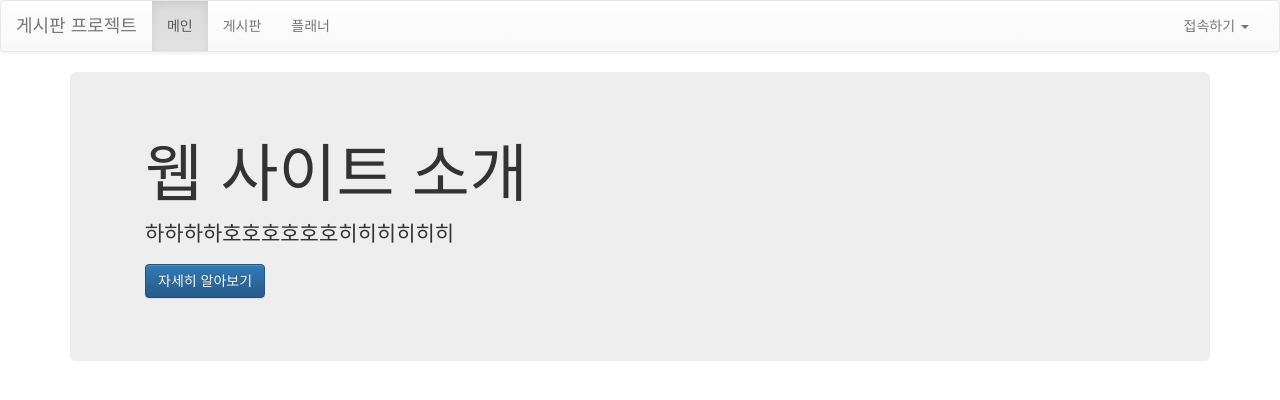
Repository: Seok7975/JSP-Education
Page: http://localhost/BBS/main.jsp
The author's editor kept a copy of each file at every save. The page is drawn from the files as they stood at one save, then again after the next save.
The browser window is 1280 px wide. The pictures show the whole page.
Some web fonts or font styles are not loaded; a fallback is used. Some web libraries are served in a nearby version. The page is served by Tomcat 9. Other server files are loaded and not shown.

Above is the page before, as saved 2024-06-10 09:25:38.

### List_Projects/BBS/src/main/webapp/main.jsp
<%--  <!-- 회원가입화면 -->
<%@ page language="java" contentType="text/html; charset=UTF-8"
    pageEncoding="UTF-8"%>
<%@ page import="java.io.PrintWriter" %>
<!DOCTYPE html>
<html>
<head>
<meta http-equiv="Content-Type" content="text/html; charset=UTF-8">
<meta name="viewport" content="width=device-width, initial-scale=1">
<!-- Latest compiled and minified CSS -->
<link rel="stylesheet" href="https://cdn.jsdelivr.net/npm/bootstrap@3.3.7/dist/css/bootstrap.min.css" integrity="sha384-BVYiiSIFeK1dGmJRAkycuHAHRg32OmUcww7on3RYdg4Va+PmSTsz/K68vbdEjh4u" crossorigin="anonymous">
<!-- Optional theme -->
<link rel="stylesheet" href="https://cdn.jsdelivr.net/npm/bootstrap@3.3.7/dist/css/bootstrap-theme.min.css" integrity="sha384-rHyoN1iRsVXV4nD0JutlnGaslCJuC7uwjduW9SVrLvRYooPp2bWYgmgJQIXwl/Sp" crossorigin="anonymous">
<!-- jQuery (necessary for Bootstrap's JavaScript plugins) -->
<script src="https://code.jquery.com/jquery-3.1.1.min.js"></script>
<!-- Latest compiled and minified JavaScript -->
<script src="https://cdn.jsdelivr.net/npm/bootstrap@3.3.7/dist/js/bootstrap.min.js" integrity="sha384-Tc5IQib027qvyjSMfHjOMaLkfuWVxZxUPnCJA7l2mCWNIpG9mGCD8wGNIcPD7Txa" crossorigin="anonymous"></script>
<title>JSP 게시판 웹 사이트</title>
</head>
<body>
<%
	String userID = null;
	if (session.getAttribute("userID") != null) {
		userID = (String) session.getAttribute("userID");
	}
%>
	<nav class="navbar navbar-default">
		<div class="container-fluid">
			<div class="navbar-header">
				<button type="button" class="navbar-toggle collapsed" data-toggle="collapse" data-target="#bs-example-navbar-collapse-1" aria-expanded="false">
					<span class="sr-only">Toggle navigation</span>
					<span class="icon-bar"></span>
					<span class="icon-bar"></span>
					<span class="icon-bar"></span>
				</button>
				<a class="navbar-brand" href="main.jsp">게시판 프로젝트</a>
			</div>
			<div class="collapse navbar-collapse" id="bs-example-navbar-collapse-1">
				<ul class="nav navbar-nav">
					<li class="active"><a href="main.jsp">메인</a></li>
					<li><a href="bbs.jsp">게시판</a></li>

				</ul>
				<%
					if(userID == null) {
				%>
					<ul class="nav navbar-nav navbar-right">
						<li class="dropdown">
							<a href="#" class="dropdown-toggle" data-toggle="dropdown" role="button" aria-haspopup="true" aria-expanded="false">접속하기 <span class="caret"></span></a>
							<ul class="dropdown-menu">
								<li><a href="login.jsp">로그인</a></li>
								<li><a href="join.jsp">회원가입</a></li>
							</ul>
						</li>
					</ul>
				<%
					} else {
				%>
						<ul class="nav navbar-nav navbar-right">
						<li class="dropdown">
							<a href="#" class="dropdown-toggle" data-toggle="dropdown" role="button" aria-haspopup="true" aria-expanded="false">회원관리<span class="caret"></span></a>
							<ul class="dropdown-menu">
								<li><a href="logoutAction.jsp">로그아웃</a></li>
							</ul>
						</li>
					</ul>
				<%
					}
				%>
			</div>
		</div>
	</nav>
</body>
</html>

  --%>


  <%@page import="java.util.List"%>
<%@page import="java.util.ArrayList"%>
<%@ page language="java" contentType="text/html; charset=UTF-8"
    pageEncoding="UTF-8"%>
<!DOCTYPE html>
<html>
<head>
    <meta charset="UTF-8">
    <title>JSP 게시판 웹 사이트</title>
    <link rel="stylesheet" href="https://cdn.jsdelivr.net/npm/bootstrap@3.3.7/dist/css/bootstrap.min.css" integrity="sha384-BVYiiSIFeK1dGmJRAkycuHAHRg32OmUcww7on3RYdg4Va+PmSTsz/K68vbdEjh4u" crossorigin="anonymous">
    <link rel="stylesheet" href="https://cdn.jsdelivr.net/npm/bootstrap@3.3.7/dist/css/bootstrap-theme.min.css" integrity="sha384-rHyoN1iRsVXV4nD0JutlnGaslCJuC7uwjduW9SVrLvRYooPp2bWYgmgJQIXwl/Sp" crossorigin="anonymous">
    <script src="https://code.jquery.com/jquery-3.1.1.min.js"></script>
    <script src="https://cdn.jsdelivr.net/npm/bootstrap@3.3.7/dist/js/bootstrap.min.js" integrity="sha384-Tc5IQib027qvyjSMfHjOMaLkfuWVxZxUPnCJA7l2mCWNIpG9mGCD8wGNIcPD7Txa" crossorigin="anonymous"></script>
</head>
<body>
<%
    String userID = null;
    if (session.getAttribute("userID") != null) {
        userID = (String) session.getAttribute("userID");
    }
%>
    <nav class="navbar navbar-default">
        <div class="container-fluid">
            <div class="navbar-header">
                <button type="button" class="navbar-toggle collapsed" data-toggle="collapse" data-target="#bs-example-navbar-collapse-1" aria-expanded="false">
                    <span class="sr-only">Toggle navigation</span>
                    <span class="icon-bar"></span>
                    <span class="icon-bar"></span>
                    <span class="icon-bar"></span>
                </button>
                <a class="navbar-brand" href="main.jsp">게시판 프로젝트</a>
            </div>
            <div class="collapse navbar-collapse" id="bs-example-navbar-collapse-1">
                <ul class="nav navbar-nav">
                    <li class="active"><a href="main.jsp">메인</a></li>
                    <li><a href="bbs.jsp">게시판</a></li>
                    <li><a href="planner.jsp">플래너</a></li> <!-- 플래너 메뉴 추가 -->
                </ul>
                <%
                    if(userID == null) {
                %>
                    <ul class="nav navbar-nav navbar-right">
                        <li class="dropdown">
                            <a href="#" class="dropdown-toggle" data-toggle="dropdown" role="button" aria-haspopup="true" aria-expanded="false">접속하기 <span class="caret"></span></a>
                            <ul class="dropdown-menu">
                                <li><a href="login.jsp">로그인</a></li>
                                <li><a href="join.jsp">회원가입</a></li>
                            </ul>
                        </li>
                    </ul>
                <%
                    } else {
                %>
                        <ul class="nav navbar-nav navbar-right">
                        <li class="dropdown">
                            <a href="#" class="dropdown-toggle" data-toggle="dropdown" role="button" aria-haspopup="true" aria-expanded="false">회원관리<span class="caret"></span></a>
                            <ul class="dropdown-menu">
                                <li><a href="logoutAction.jsp">로그아웃</a></li>
                            </ul>
                        </li>
                    </ul>
                <%
                    }
                %>
            </div>
        </div>
    </nav>

    <div class="container">
    	<div class="jumbotron">
    		<div class="container">
    			<h1>웹 사이트 소개</h1>
    			<p>하하하하호호호호호호히히히히히히</p>
    			<p><a class="btn btn-primary btn-pull" href="#" role="button">자세히 알아보기</a>
    		</div>
    	</div>
    </div>
</body>
</html>

### List_Projects/BBS/src/main/webapp/css/jumbotronCustom.css

@import url(http://fonts.googleapis.com/earlyaccess/nanumgothic.css);
@import url(http://fonts.googleapis.com/earlyaccess/hanna.css);
* {
	font-family : 'Nanum Gothic';
}

h1 {
	font-family : 'Hanna';
}

After the next save:
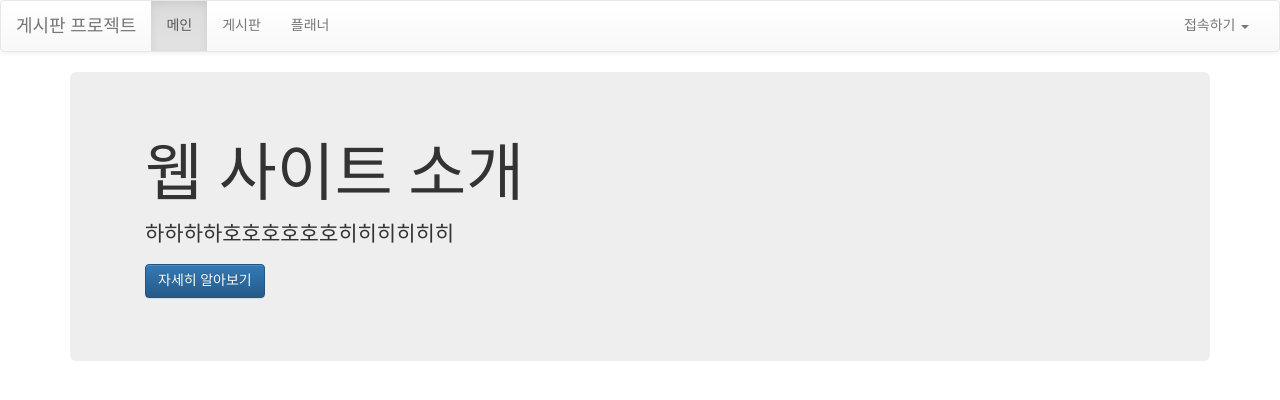
Saved 2 min 10 s later.
--- a/List_Projects/BBS/src/main/webapp/main.jsp
+++ b/List_Projects/BBS/src/main/webapp/main.jsp
@@ -89,6 +89,7 @@
     <link rel="stylesheet" href="https://cdn.jsdelivr.net/npm/bootstrap@3.3.7/dist/css/bootstrap-theme.min.css" integrity="sha384-rHyoN1iRsVXV4nD0JutlnGaslCJuC7uwjduW9SVrLvRYooPp2bWYgmgJQIXwl/Sp" crossorigin="anonymous">
     <script src="https://code.jquery.com/jquery-3.1.1.min.js"></script>
     <script src="https://cdn.jsdelivr.net/npm/bootstrap@3.3.7/dist/js/bootstrap.min.js" integrity="sha384-Tc5IQib027qvyjSMfHjOMaLkfuWVxZxUPnCJA7l2mCWNIpG9mGCD8wGNIcPD7Txa" crossorigin="anonymous"></script>
+    <link rel="stylesheet" href="css/jumbotronCustom.css">
 </head>
 <body>
 <%
